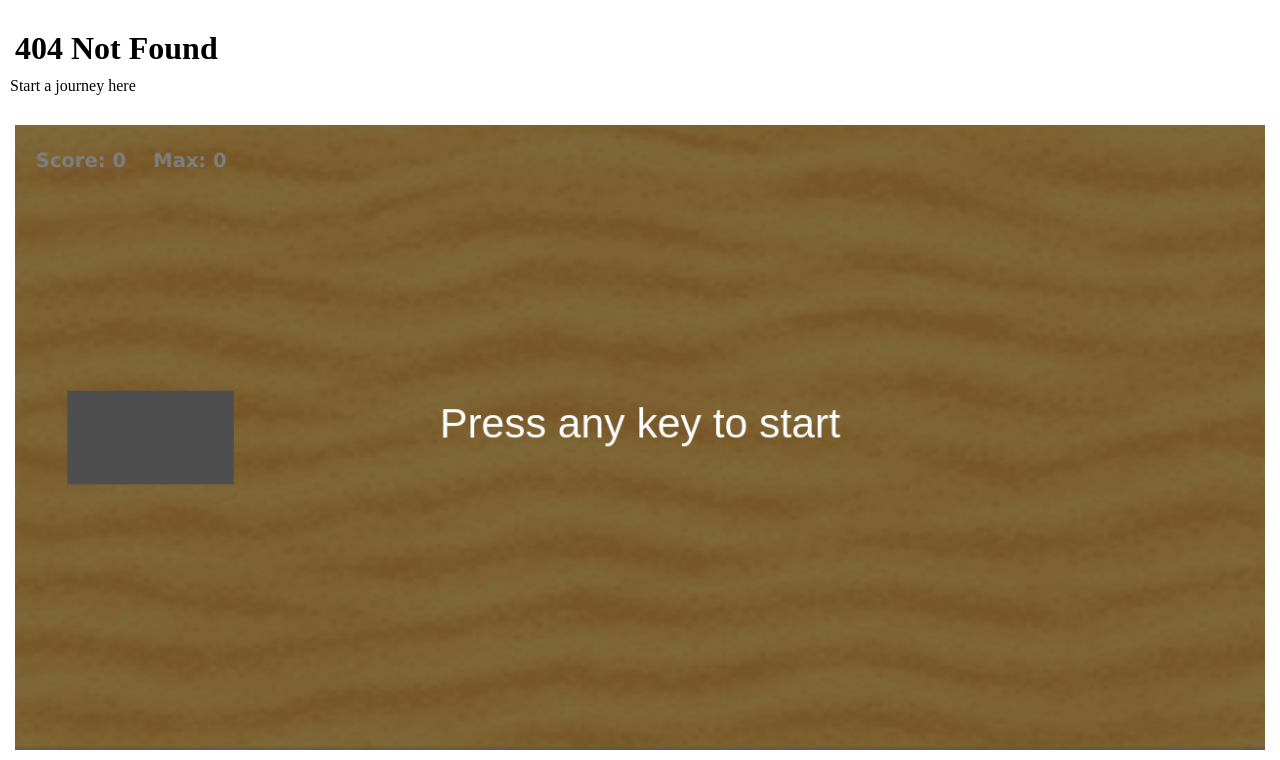
Repository: btgoo/game
Page: car.html
These files come from the project's save history. The page is drawn as it stood at one moment and after the next save; the edit follows.
The browser window is 1280 px wide. The pictures show the whole page.

Above is the page before, as saved 2025-10-26 02:46:07.

After the next save:
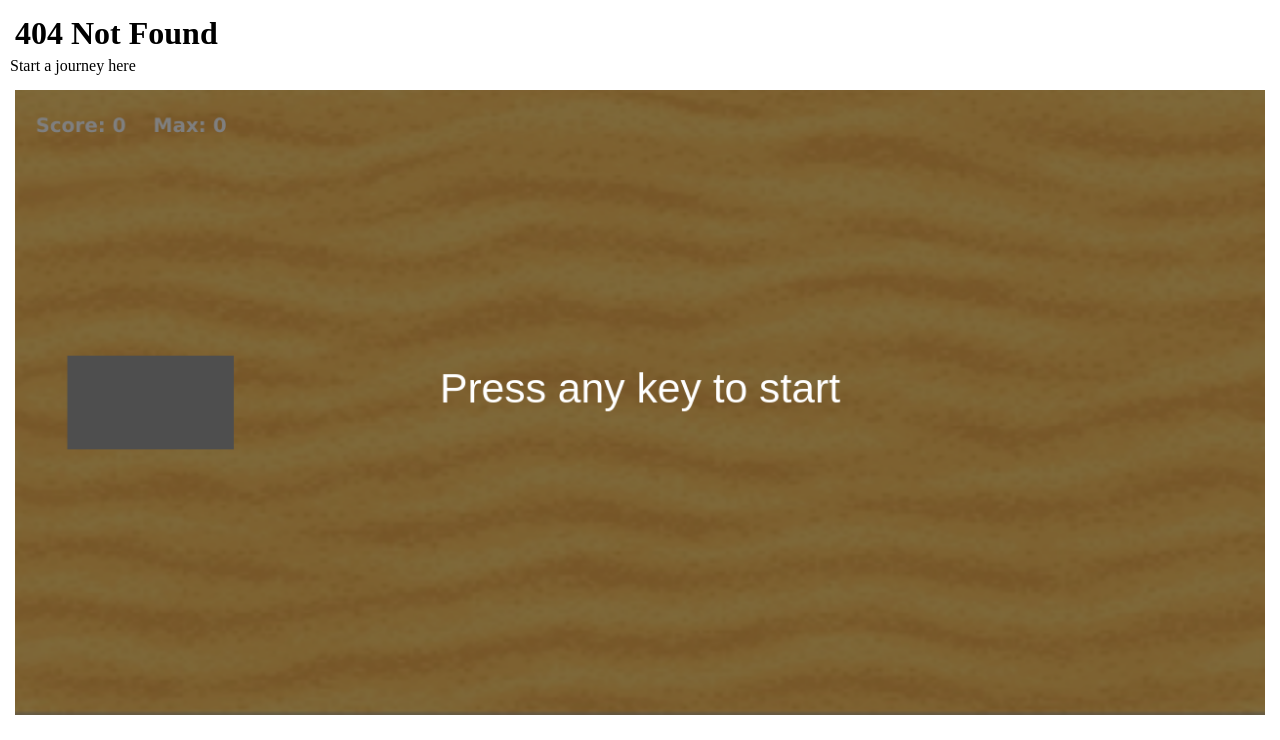
Saved 2 min 2 s later.
--- a/car_style.css
+++ b/car_style.css
@@ -1,7 +1,6 @@
 * {
     padding: 5px;
-    padding-top: 10px;
-    padding-bottom: 10px;
+
     margin: 0px;
 }
 body{

After the save that followed:
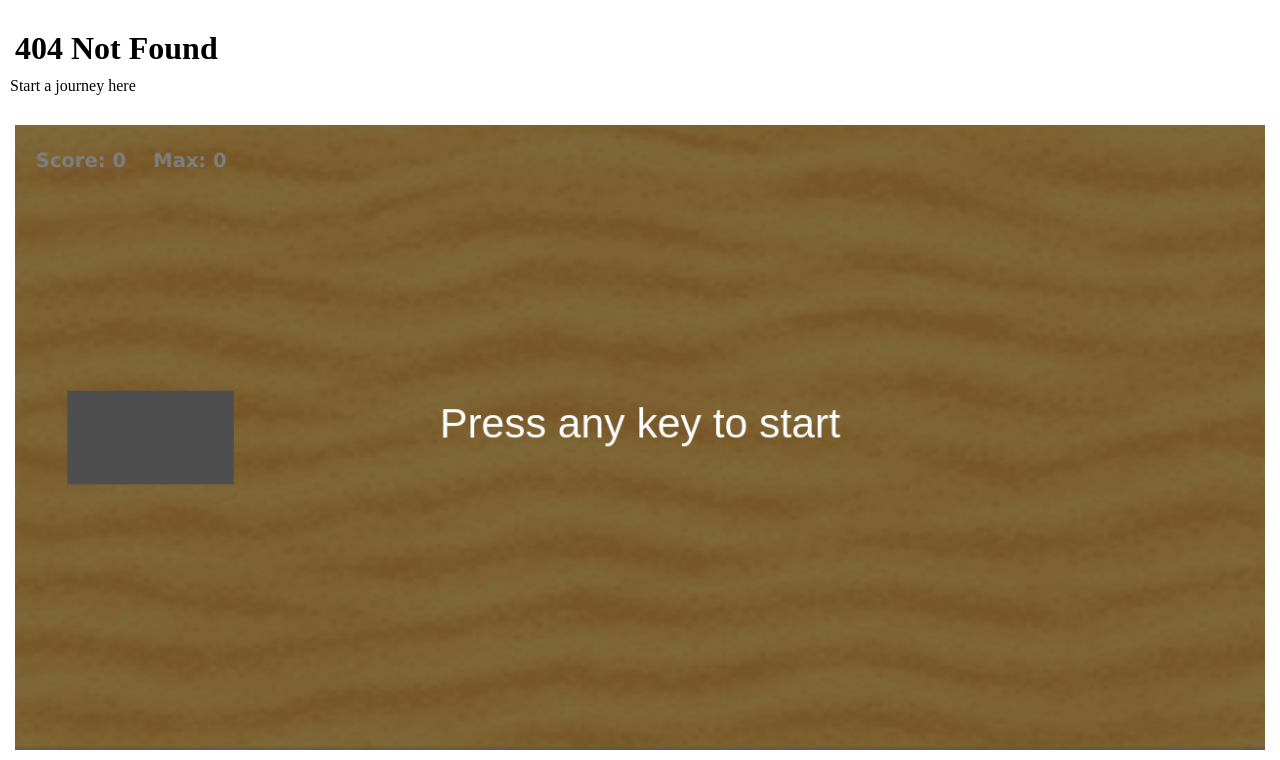
Saved 5 s later.
--- a/car_style.css
+++ b/car_style.css
@@ -1,6 +1,7 @@
 * {
     padding: 5px;
-
+    padding-top: 10px;
+    padding-bottom: 10px;
     margin: 0px;
 }
 body{
